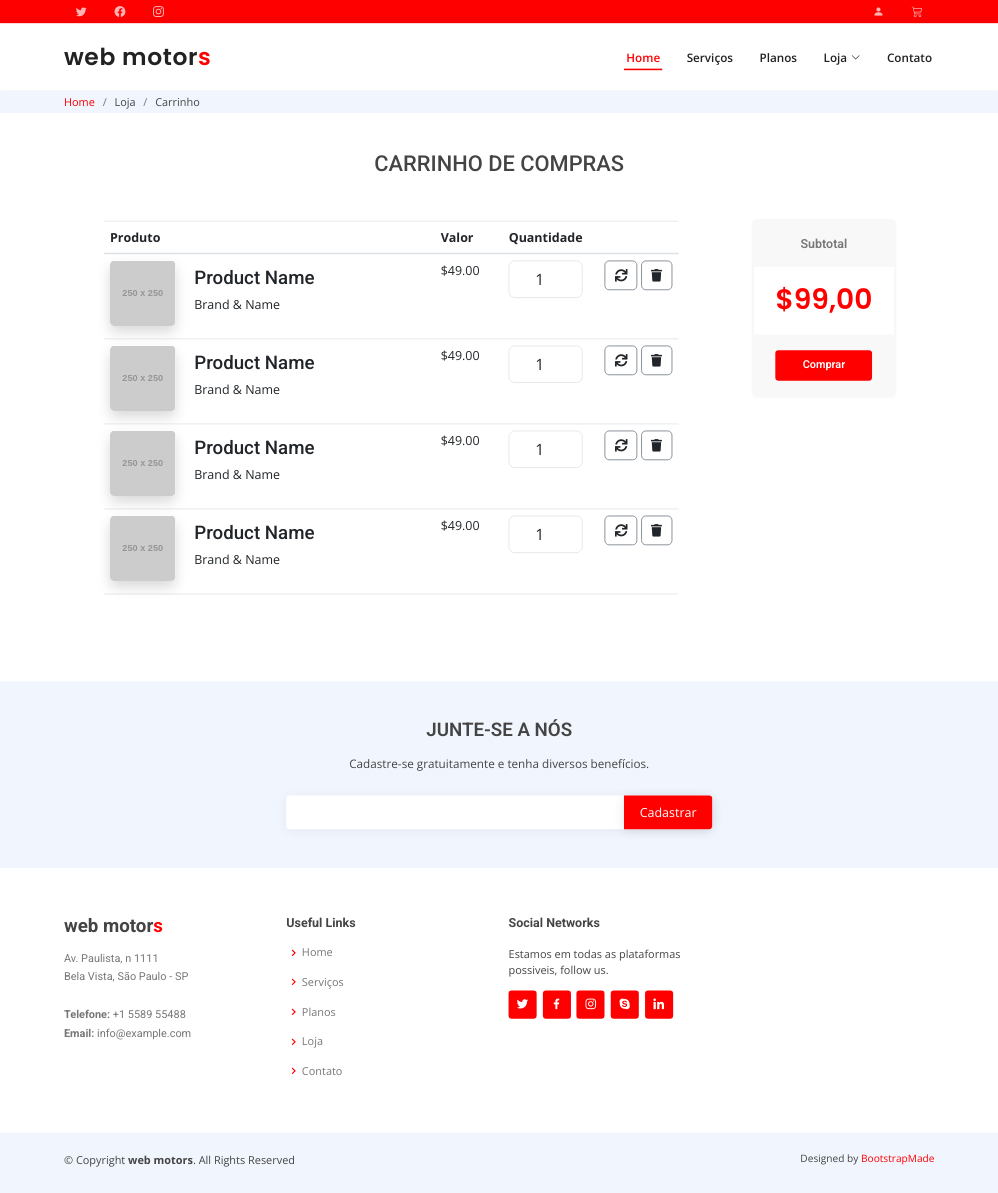
Repository: 01nethy/WebMotors
Page: cart.html
These files come from the project's save history. The page is drawn as it stood at one moment and after the next save; the edit follows.
The browser window is 1280 px wide. The pictures show the whole page, at 78% of full size.
Some web libraries are served in a nearby version.

Above is the page before, as saved 2023-10-07 22:36:07.
Console error: TypeError: Cannot read properties of undefined (reading 'fn')

After the next save:
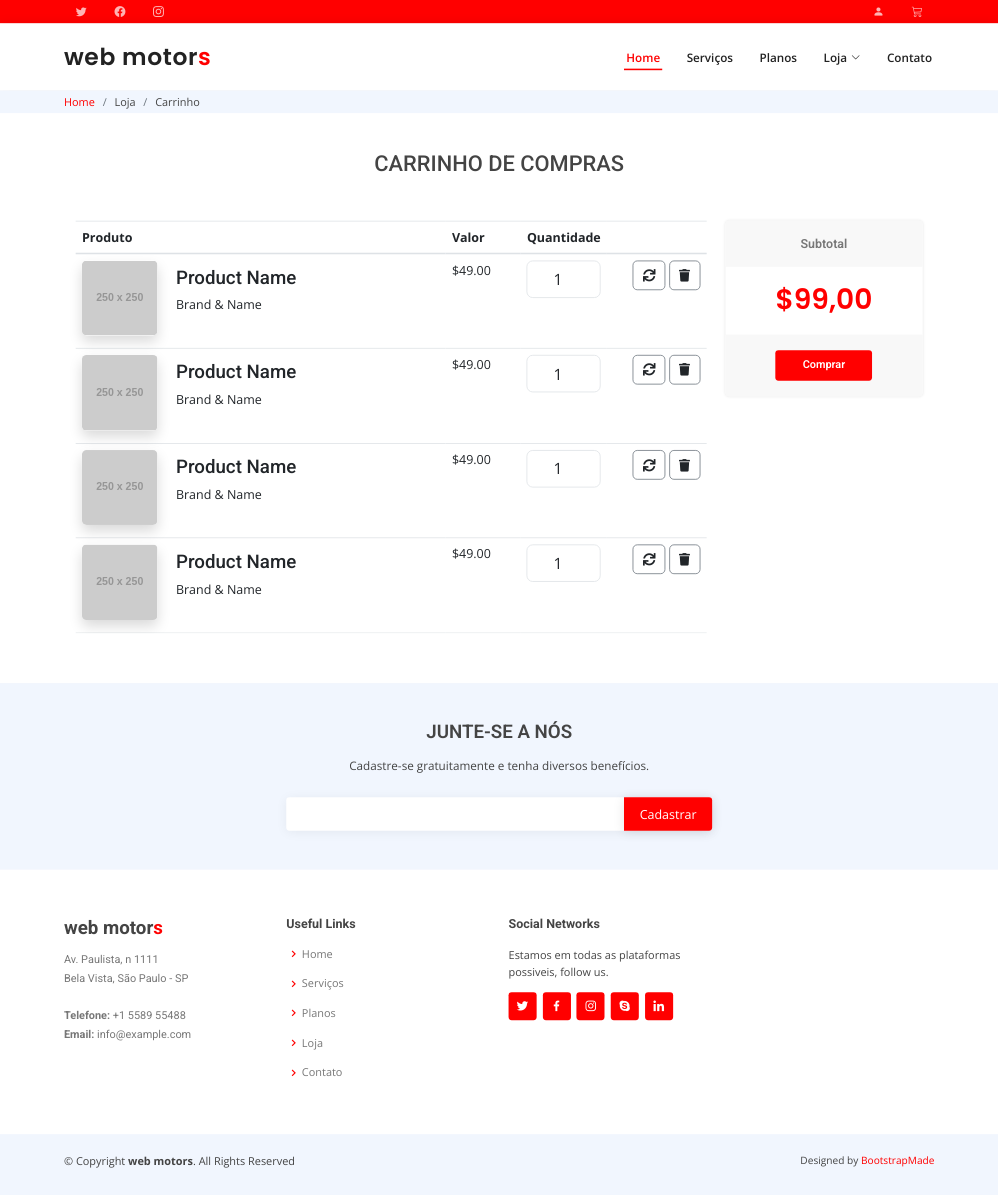
Saved 66 s later.
--- a/cart.html
+++ b/cart.html
@@ -109,7 +109,7 @@
                 <h3 class="display-7 mb-2 text-center">CARRINHO DE COMPRAS</h3>
                 <div class="row">
                     <table id="shoppingCart"
-                        class="table table-condensed table-responsive align-items-center w-75 p-5 col-8">
+                        class="table table-condensed table-responsive align-items-center w-75 pt-5 col-8">
                         <thead>
                             <tr>
                                 <th style="width:60%">Produto</th>
@@ -235,7 +235,7 @@
 
                     </table>
 
-                    <aside class="container col-3 pricing p-5">
+                    <aside class="container col-3 pricing pt-5">
                         <div class="box">
                             <h3>Subtotal</h4>
                             <h4>$99,00</h1>
